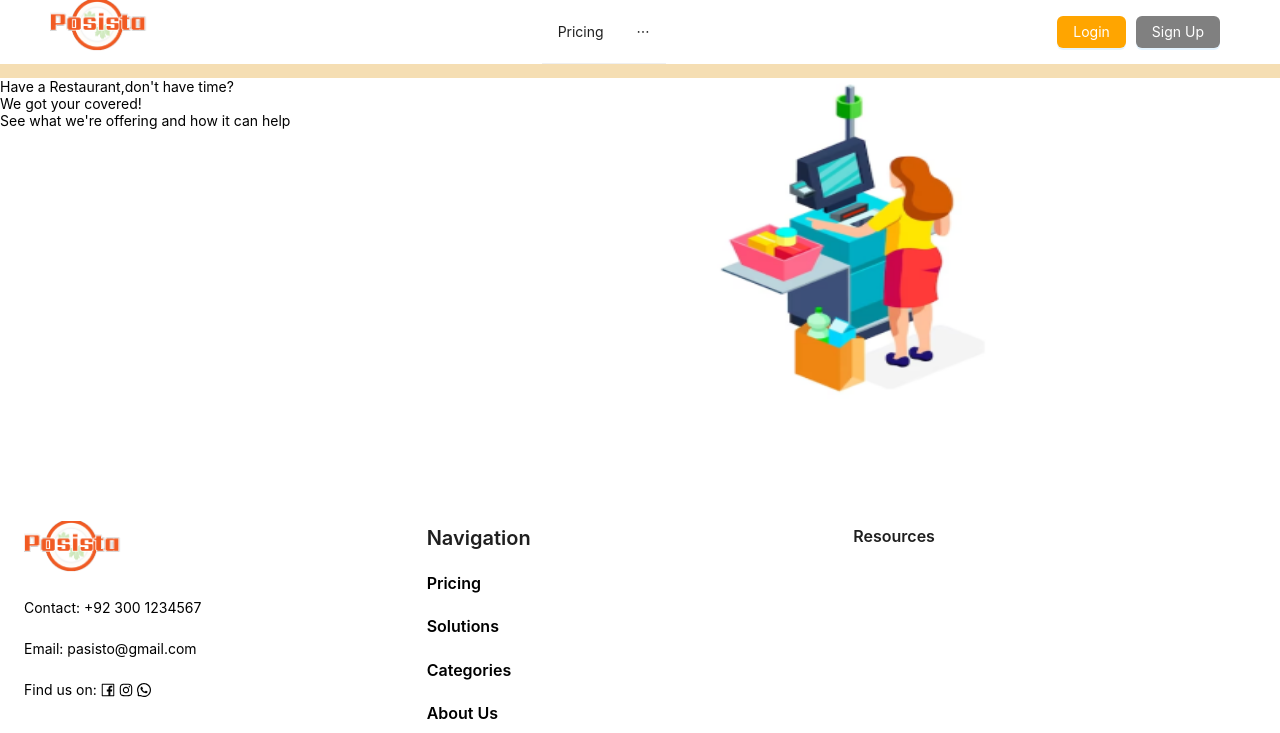
Repository: usmanarshad90/Posista
Page: / (app in test/)
An editor plug-in stored every save of this project. The page is shown before and after the next save, followed by the edit.
The browser window is 1280 px wide. The pictures show the whole page.
The project was rebuilt for these pictures with package versions that can differ from the ones it lists, and the page was loaded fresh each time. Also part of the build but not shown: test/src/components/Pricing/Pricing.jsx, test/src/components/Solution/Solutions.jsx, test/src/components/About/AboutUs.jsx, test/src/components/login/login.jsx, test/src/components/signup/signup.jsx.

Above is the page before, as saved 2023-11-28 14:36:01.

### test/public/index.html
<!DOCTYPE html>
<html lang="en">
  <head>
    <meta charset="utf-8" />
    <link rel="icon" href="%PUBLIC_URL%/favicon.ico" />
    <meta name="viewport" content="width=device-width, initial-scale=1" />
    <meta name="theme-color" content="#000000" />
    <meta
      name="description"
      content="Web site created using create-react-app"
    />
    <link rel="apple-touch-icon" href="%PUBLIC_URL%/logo192.png" />

    <link rel="manifest" href="%PUBLIC_URL%/manifest.json" />

    <title>Posisto</title>
  </head>
  <body>
    <noscript>You need to enable JavaScript to run this app.</noscript>
    <div id="root"></div>



  </body>
</html>

### test/src/index.css
body {
  margin: 0;
  font-family: -apple-system, BlinkMacSystemFont, 'Segoe UI', 'Roboto', 'Oxygen',
    'Ubuntu', 'Cantarell', 'Fira Sans', 'Droid Sans', 'Helvetica Neue',
    sans-serif;
  -webkit-font-smoothing: antialiased;
  -moz-osx-font-smoothing: grayscale;
}

code {
  font-family: source-code-pro, Menlo, Monaco, Consolas, 'Courier New',
    monospace;
}
.background{
  background-image: url("./images/background.jpg")!important;

}



/* .container{
  max-width: 1000px;
  margin: auto;
  width: 100%;
  padding-inline: 1rem;
  padding-block:5rem;

} */

### test/src/App.js
import {BrowserRouter  as Router , Routes , Route} from 'react-router-dom'
import Home from './components/Home/Home';

import Pricing from './components/Pricing/Pricing';
import Solutions from './components/Solution/Solutions';
import AboutUs from './components/About/AboutUs';
import Login from './components/login/login';
import SignUp from './components/signup/signup';


function App() {
  return (
    <Router>
    {/* if i can do it like this all pages come on the header */}

      <Routes>

        {/* if i can do it like this header individually come on the each page*/}

        <Route path="/" element={< Home/>} />
        <Route path="/login" element={<Login/>}/>
        <Route path="/signup" element={<SignUp/>} />

        <Route path="/pricing" element={< Pricing/>} />
        <Route path="/solution" element={< Solutions/>} />
        <Route path="/about" element={<AboutUs/>} />

        </Routes>
        {/* for footer i can call here */}

        </Router>
  );
}

export default App;

### test/src/components/Home/Home.jsx
import React from 'react'
import PageHeader from '../PageHeader/PageHeader'
import HeroSection from '../HeroSection/HeroSection'
import PageFooter from '../Footer/Footer'

const Home = () => {
  return (
    <>
    <PageHeader/>
    <HeroSection/>



    <PageFooter/>

    </>
  )
}

export default Home

### test/src/components/PageHeader/PageHeader.jsx
import React from 'react'
import { Layout, Menu, Button, Row, Col } from 'antd';
import { Link } from 'react-router-dom';
import logoimage from '../../images/posistologo.png'
import {HomeOutlined, UserOutlined,SettingOutlined,} from '@ant-design/icons';

const { Header } = Layout;
const PageHeader = () => {
  return (
    <Row>
      <Col lg={24} xl={24} md={12} xs={4} >
    <Layout className="layout">
    <Header style={{ display: 'flex', justifyContent: 'space-between' ,backgroundColor: 'white' }}>
      <div className="logo" >

      <Link to={'/'}><img src={logoimage} alt="" width="100px"  /></Link>
        </div>
      <Menu  mode="horizontal" style={ {color:'black',backgroundColor: 'transparent'}} >
        <Link to={'/pricing'} ><Menu.Item key="1" >Pricing</Menu.Item></Link>


        <Link to={'/solution'} ><Menu.Item key="2" >Solutions</Menu.Item></Link>

        <Link to={'/about'} ><Menu.Item key="3" >About Us</Menu.Item></Link>
      </Menu>

      <div>

        <Link to="/login"><Button type="primary" style={{ marginRight: '10px', backgroundColor: 'orange' }}>Login</Button>
        </Link>
        <Link to="/signup"><Button type="primary" style={{ marginRight: '10px', backgroundColor: 'grey' }}>Sign Up</Button></Link>
      </div>




    </Header>
  </Layout>
  </Col>
  </Row>
  )
}

export default PageHeader;

### test/src/components/HeroSection/HeroSection.jsx
import React from 'react'
import { Row,Col,Image,Divider} from 'antd';

import image from '../../images/design.png'

const HeroSection = () => {




      const DemoBox = (props) => <p className={`height-${props.value}`}>{props.children}</p>;
  return (
    <>
    <Row  >
      <Col  lg={{ span:24, order: 1 }} md={24} xs={24} xl={24} xxl={24}  style={{background:'wheat'}}>
      <DemoBox value={'100%'}> </DemoBox>
        </Col>

    <Col lg={{ span: 12, order: 2 }} md={8} xs={4} xl={12}>

    <div   >

         Have a Restaurant,don't have time? <br />
         We got your covered! <br/>

         <div   >See what we're offering and how it can help <br />


         </div>
    </div>
    </Col>
    <Col lg={{ span: 12, order: 3 }}md={8} xs={4} xl={12}>
    <Image width={'70%'} preview={false} height={'90%'} src={image} alt="#" />

    </Col>
   </Row>
   </>
  )
}

export default HeroSection

### test/src/components/Footer/Footer.jsx
import React from 'react'
import { Layout, Menu, Row, Col, Typography } from 'antd';
import { Link } from 'react-router-dom';
import logoimage from '../../images/posistologo.png';
import { FacebookOutlined,InstagramOutlined , WhatsAppOutlined} from '@ant-design/icons';
// const {PageFooter}=Layout;




const Footer = () => {
  const style = {
    background: '',
    text_align:'left',
    padding: ' 12px ',



  };


  return (
    <Row><Col  lg={{ span:8, order: 1 }} md={6} xs={4} xl={8} xxl={8} style={style} >

      <div style={style} className="logo" >

      <Link to={'/'}><img src={logoimage} alt="" width="100px"  /></Link>
      </div>
      <div style={style}>Contact: +92 300 1234567</div>
      <div style={style}>Email: pasisto@gmail.com</div>
      <div style={style}>Find us on: <FacebookOutlined  /> <InstagramOutlined /> <WhatsAppOutlined /></div>

      </Col>

      <Col  lg={{ span:8, order: 1 }} md={6} xs={4} xl={8} xxl={8}   >

      <Typography.Title level={4} >Navigation </Typography.Title>


      <Typography.Title level={5}>
      <Link to={'/pricing'} style={{color:'black'}}>Pricing</Link> </Typography.Title>

      <Typography.Title level={5}>
      <Link to={'/solution'} style={{color:'black'}}>Solutions</Link></Typography.Title>
      <Typography.Title level={5}>
      <Link to={'/about'} style={{color:'black'}}>Categories</Link></Typography.Title>
      <Typography.Title level={5}>
      <Link to={'/about'} style={{color:'black'}}>About Us</Link></Typography.Title>


      </Col>

      <Col  lg={{ span:8, order: 1 }} md={6} xs={4} xl={8} xxl={8}   >
        <Typography.Title level={5}>Resources</Typography.Title>
        <div></div>
      </Col>




    </Row>

  )
}

export default Footer

Loaded but not shown: test/src/index.js (common file)

After the next save:
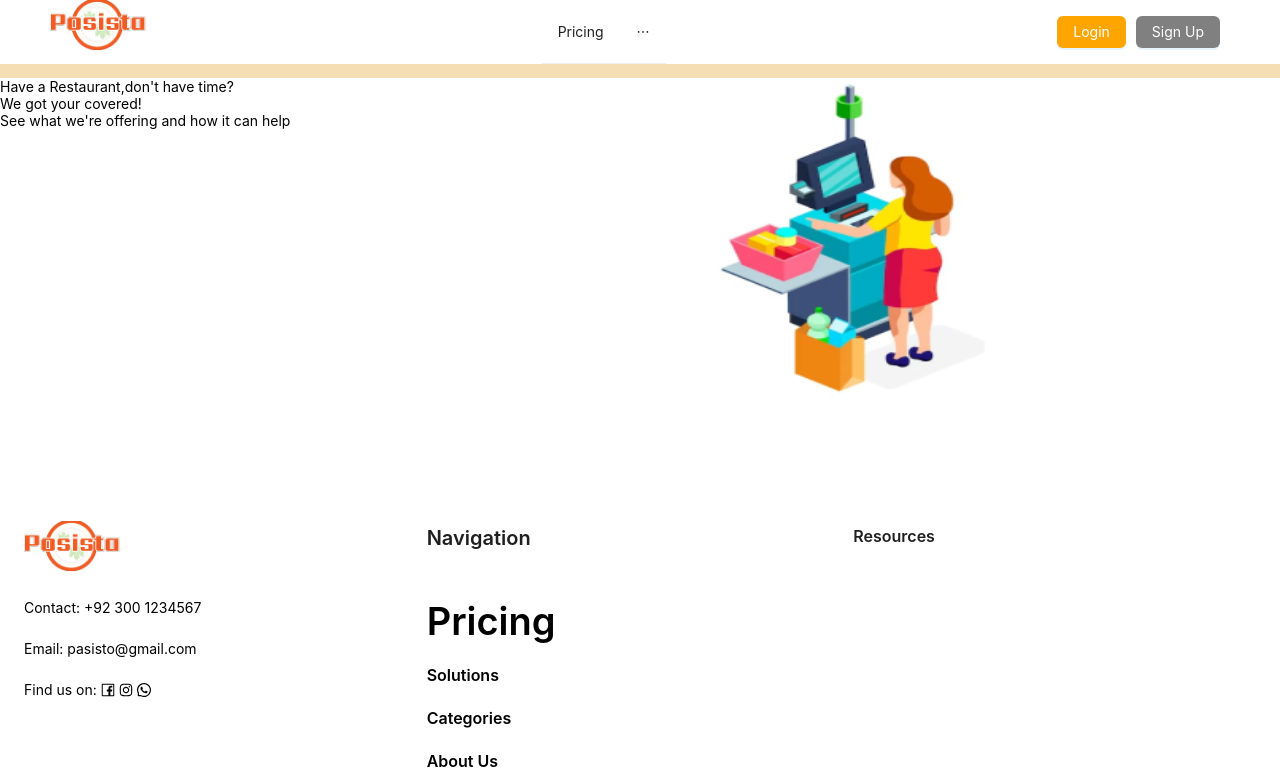
Saved 40 s later.
--- a/test/src/components/Footer/Footer.jsx
+++ b/test/src/components/Footer/Footer.jsx
@@ -37,7 +37,7 @@
       <Typography.Title level={4} >Navigation </Typography.Title>
 
 
-      <Typography.Title level={5}>
+      <Typography.Title level={6}>
       <Link to={'/pricing'} style={{color:'black'}}>Pricing</Link> </Typography.Title>
 
       <Typography.Title level={5}>

After the save that followed:
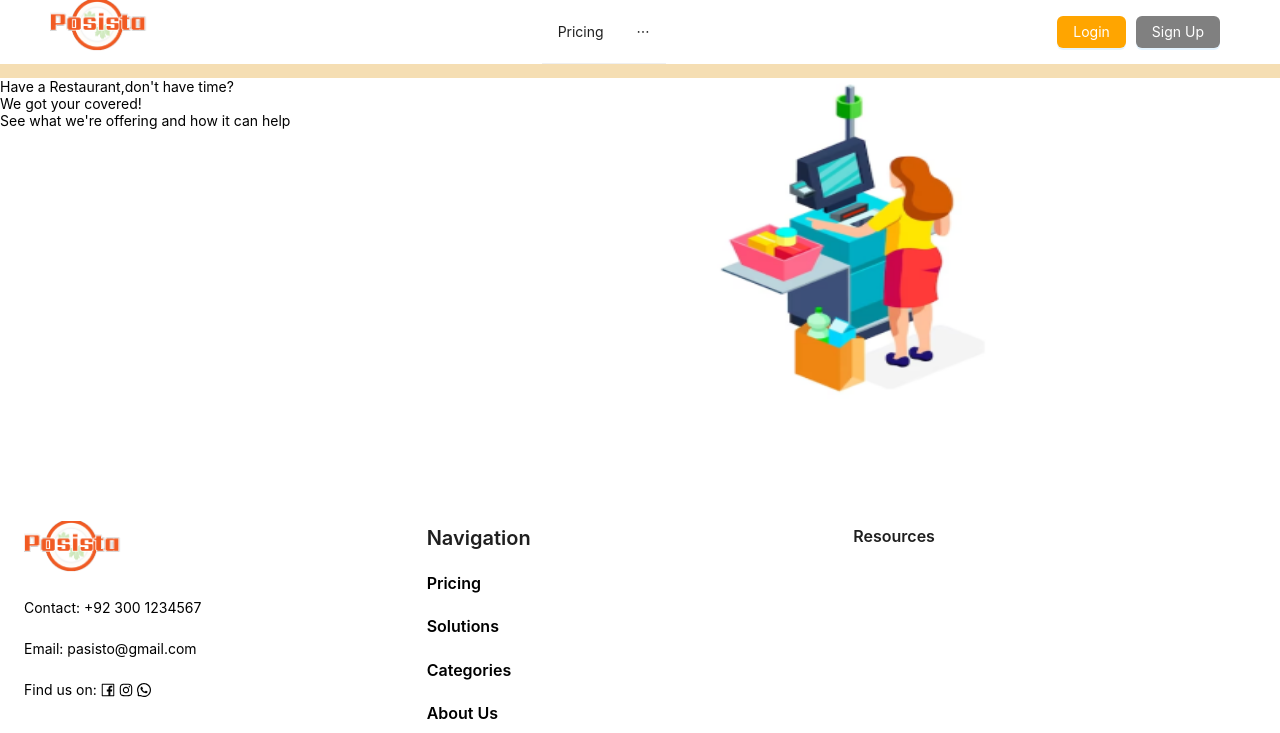
Saved 14 s later.
--- a/test/src/components/Footer/Footer.jsx
+++ b/test/src/components/Footer/Footer.jsx
@@ -37,7 +37,7 @@
       <Typography.Title level={4} >Navigation </Typography.Title>
 
 
-      <Typography.Title level={6}>
+      <Typography.Title level={5}>
       <Link to={'/pricing'} style={{color:'black'}}>Pricing</Link> </Typography.Title>
 
       <Typography.Title level={5}>
